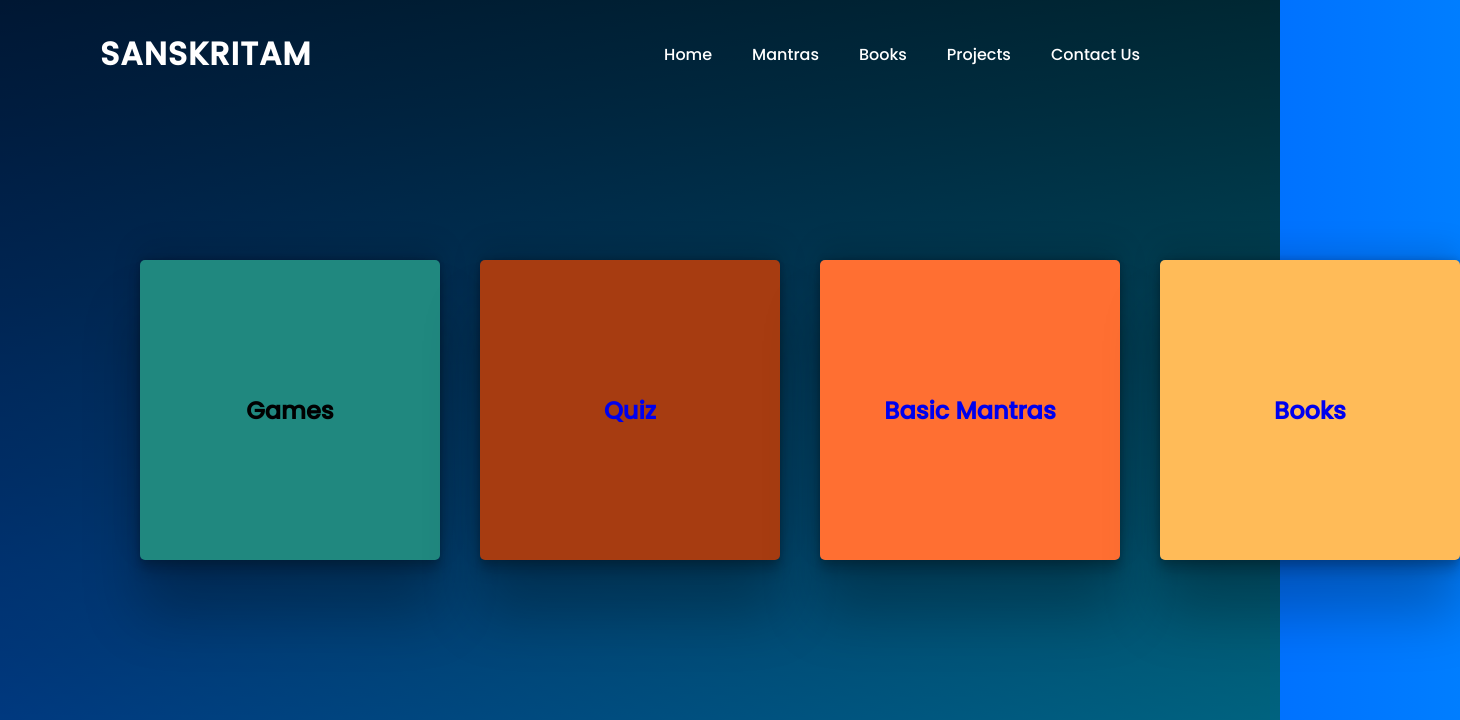
Repository: ritikalohia/Sanskritam
Page: index.html
The author's editor kept a copy of each file at every save. The page is drawn from the files as they stood at one save, then again after a run of saves.
The browser window is 1280 px wide. The page is 1460 px wide, so the pictures cover 1460 px, including what lies to the right of the window. The pictures show the whole page.

Above is the page before, as saved 2021-01-04 16:37:19.

After the next 5 saves:
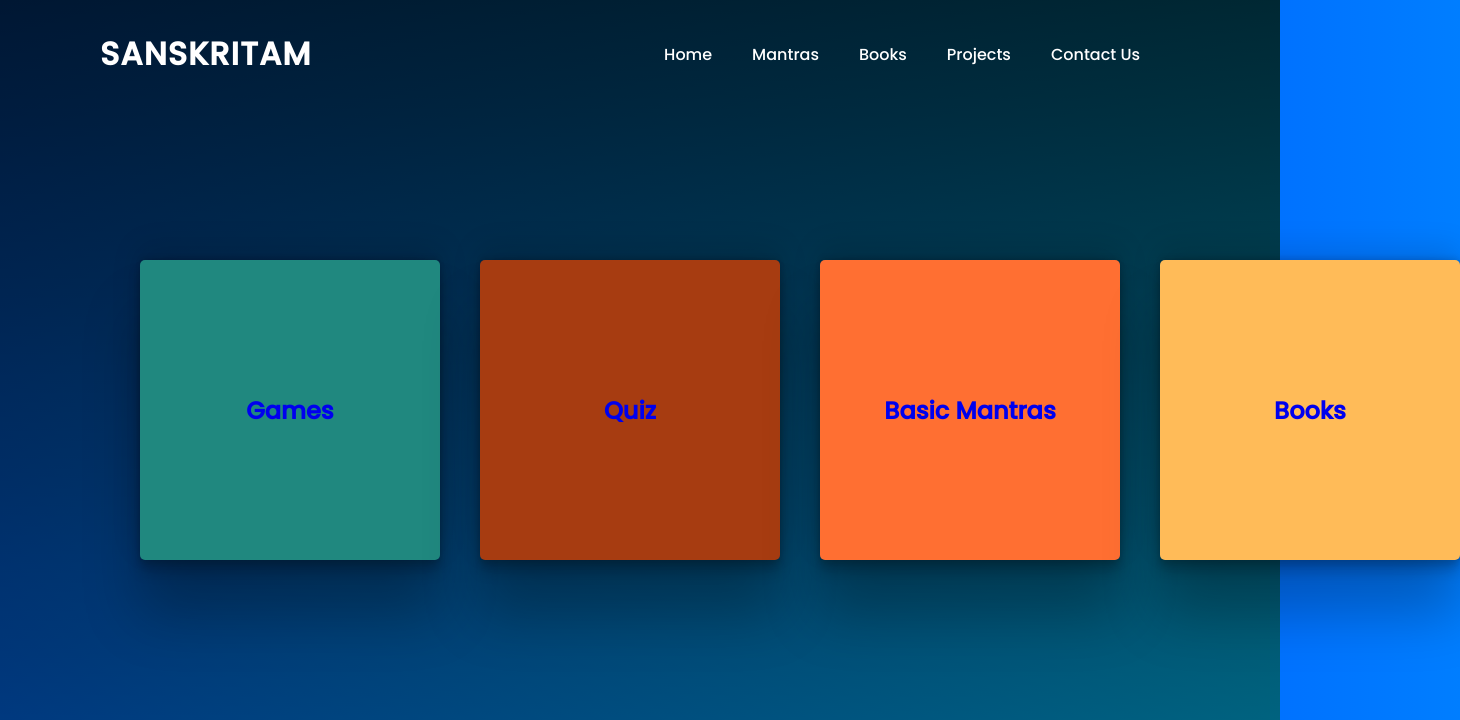
The 5 saves are shown as one change because they came seconds apart.
The last was saved 48 s later.
--- a/index.html
+++ b/index.html
@@ -22,7 +22,7 @@
         </header>
         <div class="sanskrit">
             <div class="cards C1" data-hover="पाठ">
-                <h1>Games</h1>
+                <h1><a href="Quiz/quiz.html">Games</a></h1>
             </div>
             <div class="cards C2" data-hover="प्रश्नोत्तरी">
                 <h1><a href="Quiz/quiz.html">Quiz</a></h1>
